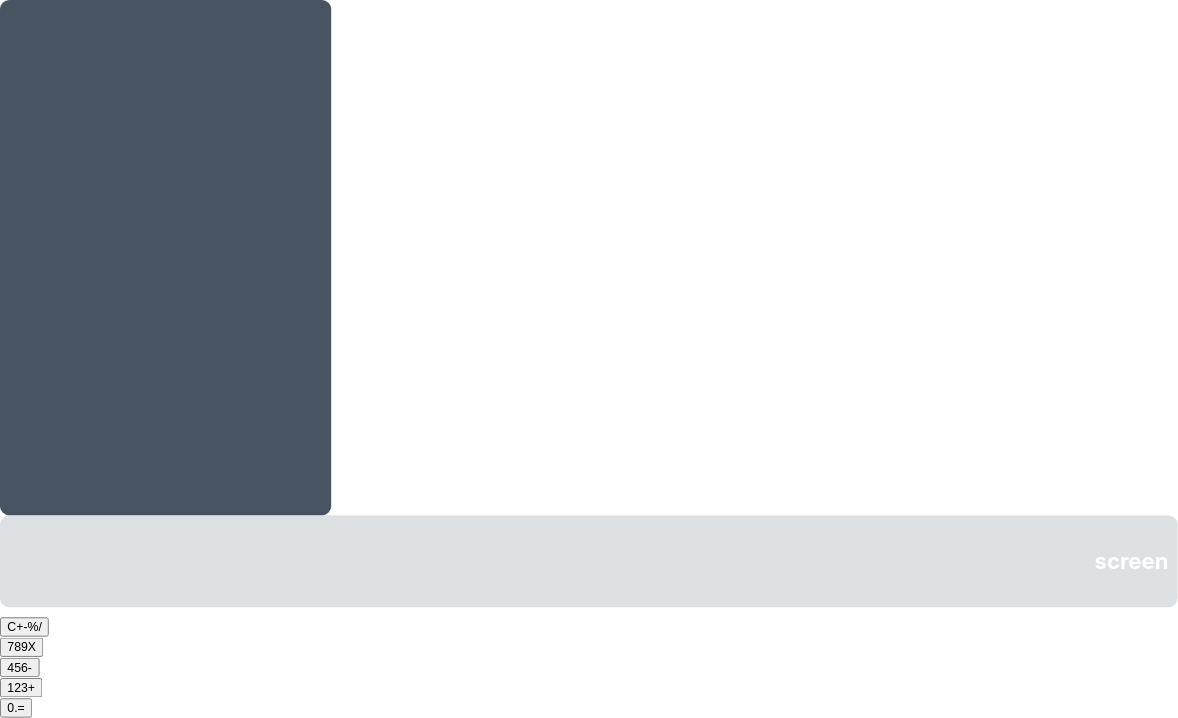
Repository: qudos4real/calculator
Page: /
These files come from the project's save history. The page is drawn as it stood at one moment and after the next save; the edit follows.
The browser window is 1280 px wide. The pictures show the whole page, at 92% of full size.
The project was rebuilt for these pictures with package versions that can differ from the ones it lists, and the page was loaded fresh each time.

Above is the page before, as saved 2022-10-08 17:11:38.

### src/index.css
body {
  margin: 0;
  font-family: -apple-system, BlinkMacSystemFont, 'Segoe UI', 'Roboto', 'Oxygen',
    'Ubuntu', 'Cantarell', 'Fira Sans', 'Droid Sans', 'Helvetica Neue',
    sans-serif;
  -webkit-font-smoothing: antialiased;
  -moz-osx-font-smoothing: grayscale;
}

code {
  font-family: source-code-pro, Menlo, Monaco, Consolas, 'Courier New',
    monospace;
}
   border: 10px solid black;

### src/App.js
import ButtonWrapper from "./components/ButtonWrapper";
import { Display } from "./components/Display";
import Wrapper from "./components/Wrapper";
import Button from "./components/Button";


const btnValues = [
  ["C", "+-", "%", "/"],
  [7, 8, 9, "X"],
  [4, 5, 6, "-"],
  [1, 2, 3, "+"],
  [0, ".", "="],
];

function App() {
  return (
    <div>
      <Wrapper />
        <Display />
        <ButtonWrapper />
          {btnValues.map((btn, i) => {
            return (
              <Button key={i} className={btn === "=" ? "equals" : ""} value={btn} onClick={() => {
                console.log(`${btn} clicked`)
              }} />
            )
          })}

    </div>
  );
}

export default App;

### src/components/ButtonWrapper.js
import React from 'react'

function ButtonWrapper({children}) {
    return (
        <div className='buttonWrapper'>
            {children}
        </div>
    )
};

export default ButtonWrapper

### src/components/Display.js

import React from 'react'
import './Display.css'

export const Display = ({value}) => {
    return (
        <div className='screen'>
            <h2>screen</h2>
            {value}
        </div>
    )
}

### src/components/Wrapper.js
import React from 'react';
import './Wrapper.css'

const Wrapper = ({Children}) => {
    return (
        <div className='wrapper'>
            {Children}
        </div>
    )
}
export default Wrapper

### src/components/Button.js
import React from 'react'

function Button({className, value, onClick}) {
    return (
        <div>
            <button className='{className}' onClick={onClick}>
                {value}
            </button>
        </div>
    )
}

export default Button

### src/components/Display.css
.screen {
    height: 100px;
    width: 100%;
    margin-bottom: 10px;
    padding: 0 10px;
    background-color: #4357692d;
    border-radius: 10px;
    display: flex;
    align-items: center;
    justify-content: flex-end;
    color: white;
    font-weight: bold;
    box-sizing: border-box;
}

### src/components/Wrapper.css
.wrapper {
    width: 340px;
    height: 540px;
    padding: 10px;
    background-color: #485461;
    border-radius: 10px;
}

Loaded but not shown: public/index.html (common file); src/index.js (common file)

After the next save:
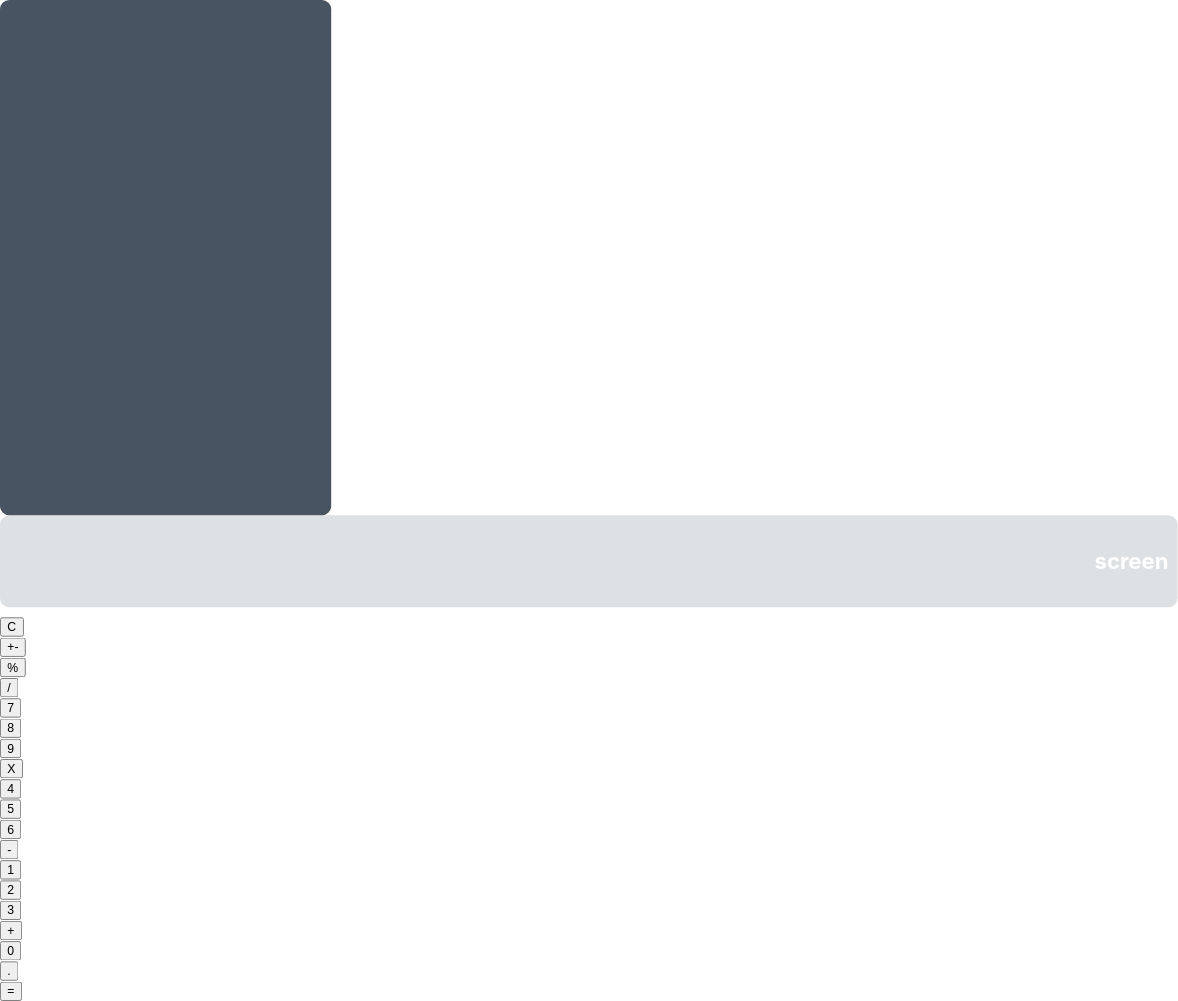
Saved 31 s later.
--- a/src/App.js
+++ b/src/App.js
@@ -18,7 +18,7 @@ function App() {
       <Wrapper />
         <Display />
         <ButtonWrapper />
-          {btnValues.map((btn, i) => {
+          {btnValues.flat().map((btn, i) => {
             return (
               <Button key={i} className={btn === "=" ? "equals" : ""} value={btn} onClick={() => {
                 console.log(`${btn} clicked`)
